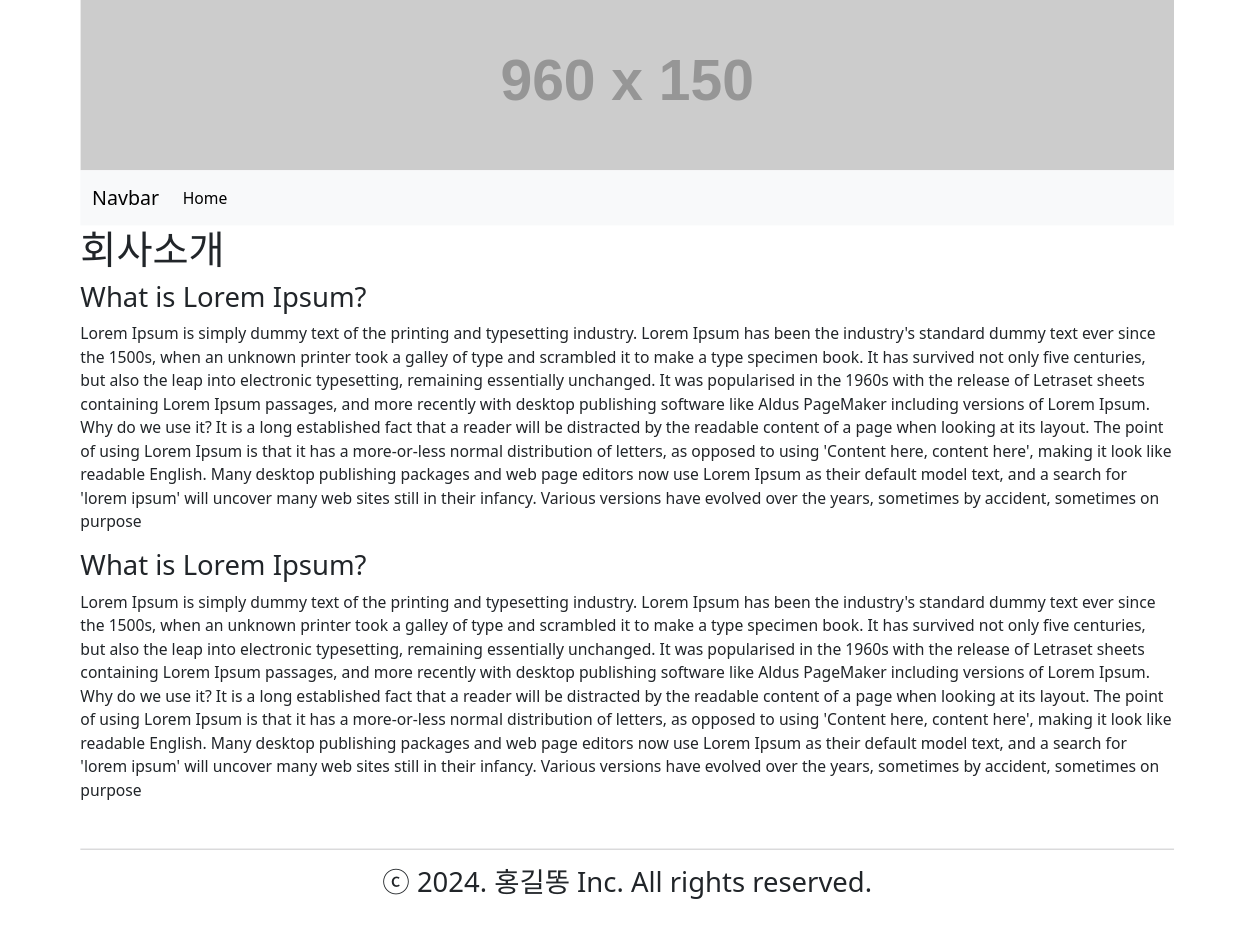
Repository: laonmiku/jsp
Page: http://localhost/ex01/
The author's editor kept a copy of each file at every save. The page is drawn from the files as they stood at one save, then again after the next save.
The browser window is 1280 px wide. The pictures show the whole page, at 98% of full size.
The page is served by Tomcat 9. Other server files are loaded and not shown.

Above is the page before, as saved 2024-04-29 02:23:12.

### ex01/src/main/webapp/home.jsp
<%@ page language="java" contentType="text/html; charset=UTF-8"
    pageEncoding="UTF-8"%>
<!DOCTYPE html>
<html>
<head>
<script src="https://cdn.jsdelivr.net/npm/bootstrap@5.3.3/dist/js/bootstrap.bundle.min.js" integrity="sha384-YvpcrYf0tY3lHB60NNkmXc5s9fDVZLESaAA55NDzOxhy9GkcIdslK1eN7N6jIeHz" crossorigin="anonymous"></script>
<link href="https://cdn.jsdelivr.net/npm/bootstrap@5.3.3/dist/css/bootstrap.min.css" rel="stylesheet" integrity="sha384-QWTKZyjpPEjISv5WaRU9OFeRpok6YctnYmDr5pNlyT2bRjXh0JMhjY6hW+ALEwIH" crossorigin="anonymous">
<meta charset="UTF-8">
<title>홈페이지</title>
</head>
<body>
	<div class="container">
		<jsp:include page="top.jsp"/>
		<jsp:include page="menu.jsp"/>
		<jsp:include page="${pageName}"/>
		<jsp:include page="bottom.jsp"/>

	</div>

</body>
</html>

### ex01/src/main/webapp/top.jsp
<%@ page language="java" contentType="text/html; charset=UTF-8"
    pageEncoding="UTF-8"%>

<div>


   <img src="http://via.placeholder.com/960x150" width=100%>
</div>

### ex01/src/main/webapp/menu.jsp
<%@ page language="java" contentType="text/html; charset=UTF-8"
    pageEncoding="UTF-8"%>

    <nav class="navbar navbar-expand-lg bg-body-tertiary">
  <div class="container-fluid">
    <a class="navbar-brand" href="#">Navbar</a>
    <button class="navbar-toggler" type="button" data-bs-toggle="collapse" data-bs-target="#navbarNav" aria-controls="navbarNav" aria-expanded="false" aria-label="Toggle navigation">
      <span class="navbar-toggler-icon"></span>
    </button>
    <div class="collapse navbar-collapse" id="navbarNav">
      <ul class="navbar-nav">
        <li class="nav-item">
          <a class="nav-link active" aria-current="page" href="#">Home</a>
        </li>

      </ul>
    </div>
  </div>
</nav>

### ex01/src/main/webapp/about.jsp
<%@ page language="java" contentType="text/html; charset=UTF-8"
    pageEncoding="UTF-8"%>

<div>
	<h1>회사소개</h1>
	<h3>What is Lorem Ipsum?</h3>
	<p>
		Lorem Ipsum is simply dummy text of the printing and typesetting industry. Lorem Ipsum has been the industry's standard dummy text ever since the 1500s, when an unknown printer took a galley of type and scrambled it to make a type specimen book. It has survived not only five centuries, but also the leap into electronic typesetting, remaining essentially unchanged. It was popularised in the 1960s with the release of Letraset sheets containing Lorem Ipsum passages, and more recently with desktop publishing software like Aldus PageMaker including versions of Lorem Ipsum.
		Why do we use it?
		It is a long established fact that a reader will be distracted by the readable content of a page when looking at its layout. The point of using Lorem Ipsum is that it has a more-or-less normal distribution of letters, as opposed to using 'Content here, content here', making it look like readable English. Many desktop publishing packages and web page editors now use Lorem Ipsum as their default model text, and a search for 'lorem ipsum' will uncover many web sites still in their infancy. Various versions have evolved over the years, sometimes by accident, sometimes on purpose
	</p>
	<h3>What is Lorem Ipsum?</h3>
	<p>
		Lorem Ipsum is simply dummy text of the printing and typesetting industry. Lorem Ipsum has been the industry's standard dummy text ever since the 1500s, when an unknown printer took a galley of type and scrambled it to make a type specimen book. It has survived not only five centuries, but also the leap into electronic typesetting, remaining essentially unchanged. It was popularised in the 1960s with the release of Letraset sheets containing Lorem Ipsum passages, and more recently with desktop publishing software like Aldus PageMaker including versions of Lorem Ipsum.
		Why do we use it?
		It is a long established fact that a reader will be distracted by the readable content of a page when looking at its layout. The point of using Lorem Ipsum is that it has a more-or-less normal distribution of letters, as opposed to using 'Content here, content here', making it look like readable English. Many desktop publishing packages and web page editors now use Lorem Ipsum as their default model text, and a search for 'lorem ipsum' will uncover many web sites still in their infancy. Various versions have evolved over the years, sometimes by accident, sometimes on purpose
	</p>
</div>

### ex01/src/main/webapp/bottom.jsp
<%@ page language="java" contentType="text/html; charset=UTF-8"
    pageEncoding="UTF-8"%>

<div class="text-center my-5">
	<hr>
	<h3>ⓒ 2024. 홍길똥 Inc. All rights reserved.</h3>
</div>

### ex01/src/main/java/controller/IndexServlet.java
package controller;

import java.io.IOException;

import javax.servlet.RequestDispatcher;
import javax.servlet.ServletException;
import javax.servlet.annotation.WebServlet;
import javax.servlet.http.HttpServlet;
import javax.servlet.http.HttpServletRequest;
import javax.servlet.http.HttpServletResponse;


@WebServlet("/")
public class IndexServlet extends HttpServlet {
	private static final long serialVersionUID = 1L;


	protected void doGet(HttpServletRequest request, HttpServletResponse response) throws ServletException, IOException {
		System.out.println("/.............");
		RequestDispatcher dis = request.getRequestDispatcher("/home.jsp");
		request.setAttribute("pageName", "/about.jsp");
		dis.forward(request, response);
	}


	protected void doPost(HttpServletRequest request, HttpServletResponse response) throws ServletException, IOException {


	}

}

After the next save:
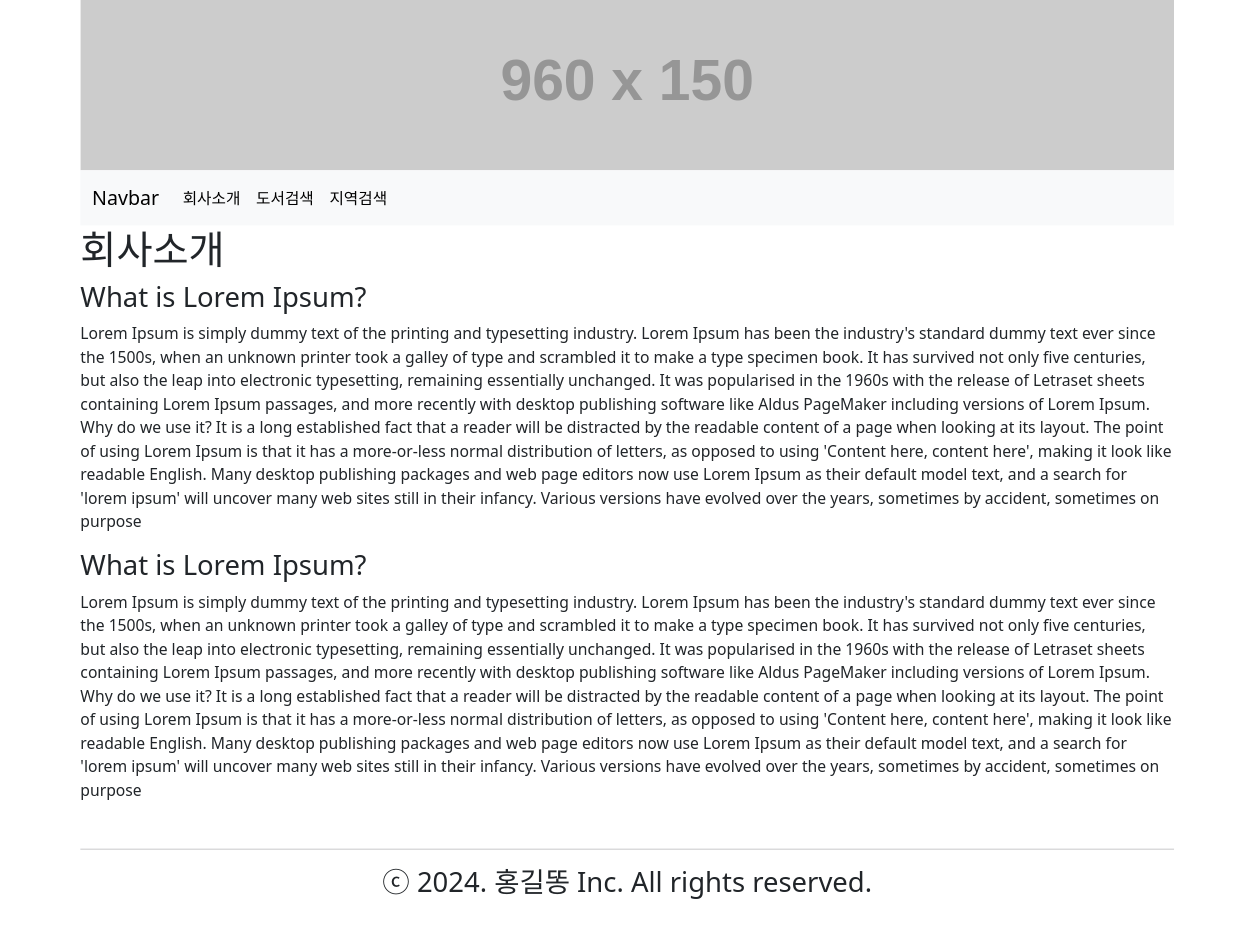
Saved 9 min 13 s later.
--- a/ex01/src/main/webapp/menu.jsp
+++ b/ex01/src/main/webapp/menu.jsp
@@ -10,9 +10,14 @@
     <div class="collapse navbar-collapse" id="navbarNav">
       <ul class="navbar-nav">
         <li class="nav-item">
-          <a class="nav-link active" aria-current="page" href="#">Home</a>
+          <a class="nav-link active" aria-current="page" href="/">회사소개</a>
         </li>
-
+        <li class="nav-item">
+          <a class="nav-link active" aria-current="page" href="/kako/book">도서검색</a>
+        </li>
+        <li class="nav-item">
+          <a class="nav-link active" aria-current="page" href="/kakao/local">지역검색</a>
+        </li>
       </ul>
     </div>
   </div>
